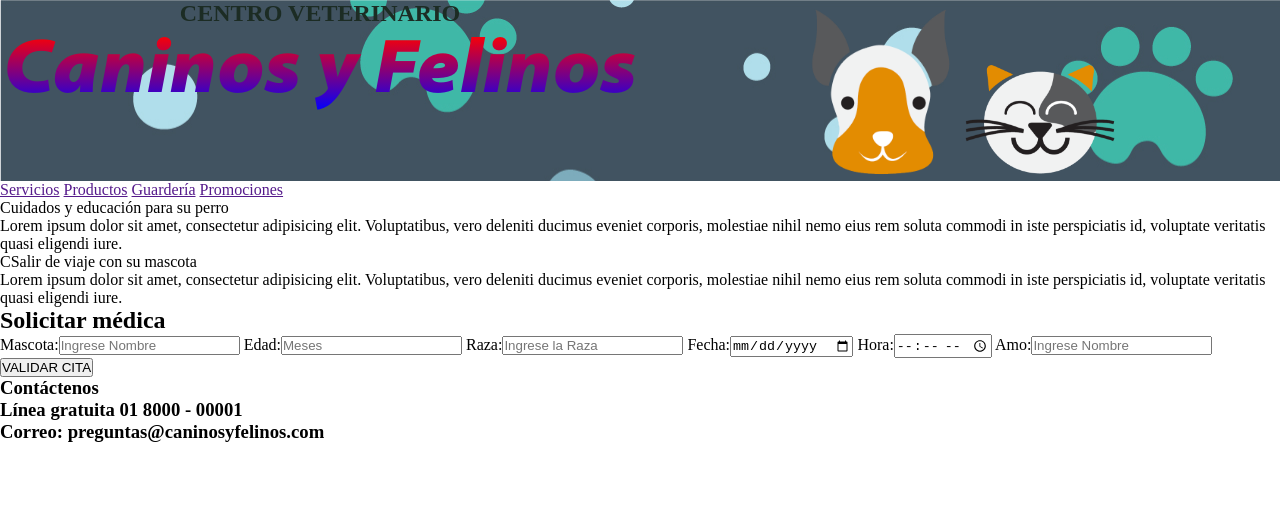
Repository: mariomr87/senaweb01
Page: principal.html
These files come from the project's save history. The page is drawn as it stood at one moment and after the next save; the edit follows.
The browser window is 1280 px wide. The pictures show the whole page.

Above is the page before, as saved 2021-09-26 20:42:36.

### principal.html
<!DOCTYPE html>
<html lang="en">
<head>
    <meta charset="UTF-8">
    <meta http-equiv="X-UA-Compatible" content="IE=edge">
    <meta name="viewport" content="width=device-width, initial-scale=1.0">
    <link rel="stylesheet" href="estilos.css">
    <title>Document</title>
</head>
<body>
    <div>
        <header>
            <div id="cabecera">
                <div class="header-text">
                    <h3>CENTRO VETERINARIO</h3>
                    <h1><span id="header-text-degrad">Caninos y Felinos</spa></h1>
                </div>
                <div class="header-img">
                    <img src="./imagenes/dog_white.png" alt="">
                    <img src="./imagenes/cat_white.png" alt="">
                </div>
            </div>
        </header>
        <nav>
            <td>
                <tr><a href="">Servicios</a></tr>
                <tr><a href="">Productos</a></tr>
                <tr><a href="">Guardería</a></tr>
                <tr><a href="">Promociones</a></tr>
            </td>
        </nav>
        <section>
            <article>
                <p>Cuidados y educación para su perro</p>
                <p>Lorem ipsum dolor sit amet, consectetur adipisicing elit. Voluptatibus, vero deleniti ducimus eveniet corporis, molestiae nihil nemo eius rem soluta commodi in iste perspiciatis id, voluptate veritatis quasi eligendi iure.</p>
            </article>
            <article>
                <p>CSalir de viaje con su mascota</p>
                <p>Lorem ipsum dolor sit amet, consectetur adipisicing elit. Voluptatibus, vero deleniti ducimus eveniet corporis, molestiae nihil nemo eius rem soluta commodi in iste perspiciatis id, voluptate veritatis quasi eligendi iure.</p>
            </article>
        </section>
        <aside>
            <form action="">
                <div><h2>Solicitar médica</h2></div>
                <div>
                    <label for="mascota_name">Mascota:</label><input type="text" placeholder="Ingrese Nombre" id="">
                    <label for="age_pet">Edad:</label><input type="number" name="" id="" placeholder="Meses">
                    <label for="raza_pet">Raza:</label><input type="text" name="" id="" placeholder="Ingrese la Raza">
                    <label for="fecha_ingreso_pet">Fecha:</label><input type="date" name="" id="">
                    <label for="hora_ingreso_pet">Hora:</label><input type="time" name="" id="">
                    <label for="amo_pet">Amo:</label><input type="text" name="" id="" placeholder="Ingrese Nombre">
                    <button type="submit">VALIDAR CITA</button>
                </div>
            </form>
        </aside>
        <footer>
            <h3>Contáctenos</h3>
            <h3>Línea gratuita 01 8000 - 00001</h3>
            <h3>Correo: preguntas@caninosyfelinos.com</h3>
        </footer>
    </div>
</body>
</html>

### estilos.css
*{
    margin: 0px;
    padding: 0px;
}

@font-face {
    font-family: Myriad_Pro ;
    src: url(./extra/MyriadProBlackSemiExtendedItalic.otf);
}

h1{
    font-family: Myriad_pro;
}
header div img{
    width: 10em;
}

header{

}

#cabecera{
    background-image: url("./imagenes/OPSEG70.jpg");
    background-repeat: initial;
    width: 100%;
    display: flex;
    text-align: center;


}

.header-text,.header-img{
    width:50%;
}

.header-text h3{
    font-size: 1.5em;
    color:#1c2c24;
}

.header-text h1{
    font-size: 4.8em;
}

#header-text-degrad{
    background: linear-gradient(red,blue);
    -webkit-background-clip: text;
    -webkit-text-fill-color: transparent;
}

After the next save:
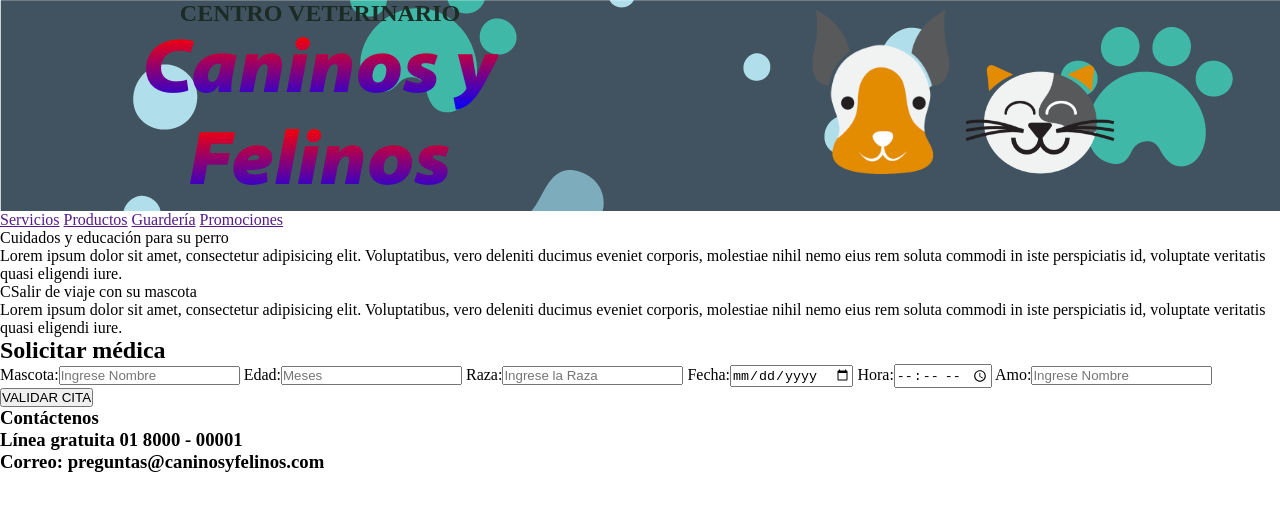
Saved 2 min 15 s later.
--- a/principal.html
+++ b/principal.html
@@ -13,7 +13,7 @@
             <div id="cabecera">
                 <div class="header-text">
                     <h3>CENTRO VETERINARIO</h3>
-                    <h1><span id="header-text-degrad">Caninos y Felinos</spa></h1>
+                    <h1><span id="header-text-degrad">Caninos y <br> Felinos</spa></h1>
                 </div>
                 <div class="header-img">
                     <img src="./imagenes/dog_white.png" alt="">
